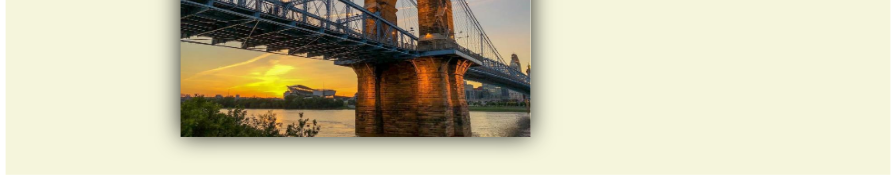
Repository: LtGriff/capstoneprogress
Page: index.html
An editor plug-in stored every save of this project. The page is shown before and after the next save, followed by the edit.
The browser window is 1280 px wide. The pictures show the part of the page from y = 1844 to 3764 px (the page is 2102 px tall before and 4122 px after), at 70% of full size.

Above is the page before, as saved 2022-06-06 00:16:41.

### index.html
<!DOCTYPE html>
<html lang="en">
<head>
     <meta charset="UTF-8">
     <meta http-equiv="X-UA-Compatible" content="IE=edge">
     <meta name="viewport" content="width=device-width, initial-scale=1.0">
     <title>Document</title>
     <link rel="stylesheet" href="style.css">
</head>
<body>


     </html><nav id="main-menu">
     <ul class="nav-bar">
          <li class="nav-button-home"><a href="#">Home</a></li>
          <li class="nav-button-services"><a href="#">Services</a></li>
          <li class="nav-button-products"><a href="#">Products</a></li>
     </ul>
</nav>


<section class="gallery">
     <div class="picture">
          <img src="img/bridge.jpg" alt="bridge">


     </div>

     <div class="picture">
          <img src="img/bridge.jpg" alt="bridge">


     </div>

     <div class="picture">
          <img src="img/bridge.jpg" alt="bridge">


     </div>

     <div class="picture">
          <img src="img/bridge.jpg" alt="bridge">


     </div>


     <div class="picture">
          <img src="img/bridge.jpg" alt="bridge">


     </div>
</section>




</body>

### style.css
body { font-family: sans-serif; }

#main-menu .nav-bar { list-style:none; margin-top: 40px; }
#main-menu .nav-bar li { display:inline; padding:0 10px; }

#main-menu .nav-bar li a {
  text-decoration: none;
  padding-left: 25px;
  text-transform: uppercase;
  color: #333;
	text-shadow: 1px 1px 1px #ccc;
}

.nav-bar .nav-button-home a { background:url("https://www.cheesetoast.co.uk/cheesepress/wp-content/uploads/2012/08/home.gif") no-repeat 0px -2px transparent; }

.nav-bar .nav-button-services a { background:url("https://www.cheesetoast.co.uk/cheesepress/wp-content/uploads/2012/08/services.gif") no-repeat 0px -2px transparent; }

.nav-bar .nav-button-products a { background:url("https://www.cheesetoast.co.uk/cheesepress/wp-content/uploads/2012/08/products.gif") no-repeat 0px -2px transparent; }


.gallery{
  display: flex;
  flex-direction: row;
  flex-wrap: wrap;
  justify-content: space-between;
  background-color: beige;
  height: 100%;
  padding: 0px 200px;
}

.gallery .picture{
  margin: 50px;
}

.gallery .picture img{
  width: 500px;
  height: 300px;
  box-shadow: 0px 0px 32px -1px rgba(0, 0, 0, 0.9);
}

After the next save:
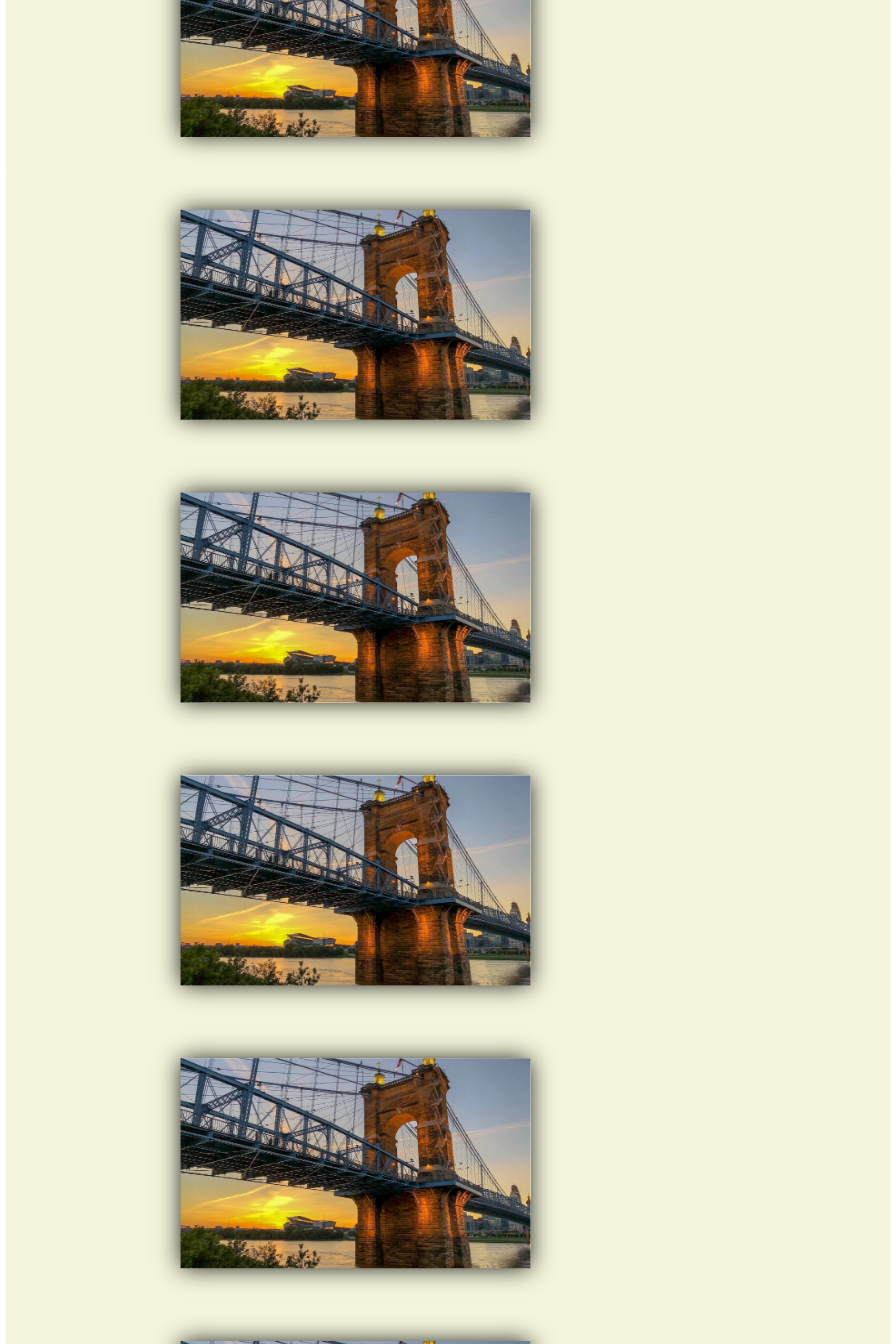
Saved 6 s later.
--- a/index.html
+++ b/index.html
@@ -52,7 +52,38 @@
      </div>
 </section>
 
+<section class="gallery">
+     <div class="picture">
+          <img src="img/bridge.jpg" alt="bridge">
 
+
+     </div>
+
+     <div class="picture">
+          <img src="img/bridge.jpg" alt="bridge">
+
+
+     </div>
+
+     <div class="picture">
+          <img src="img/bridge.jpg" alt="bridge">
+
+
+     </div>
+
+     <div class="picture">
+          <img src="img/bridge.jpg" alt="bridge">
+
+
+     </div>
+
+
+     <div class="picture">
+          <img src="img/bridge.jpg" alt="bridge">
+
+
+     </div>
+</section>
 
 
 </body>
